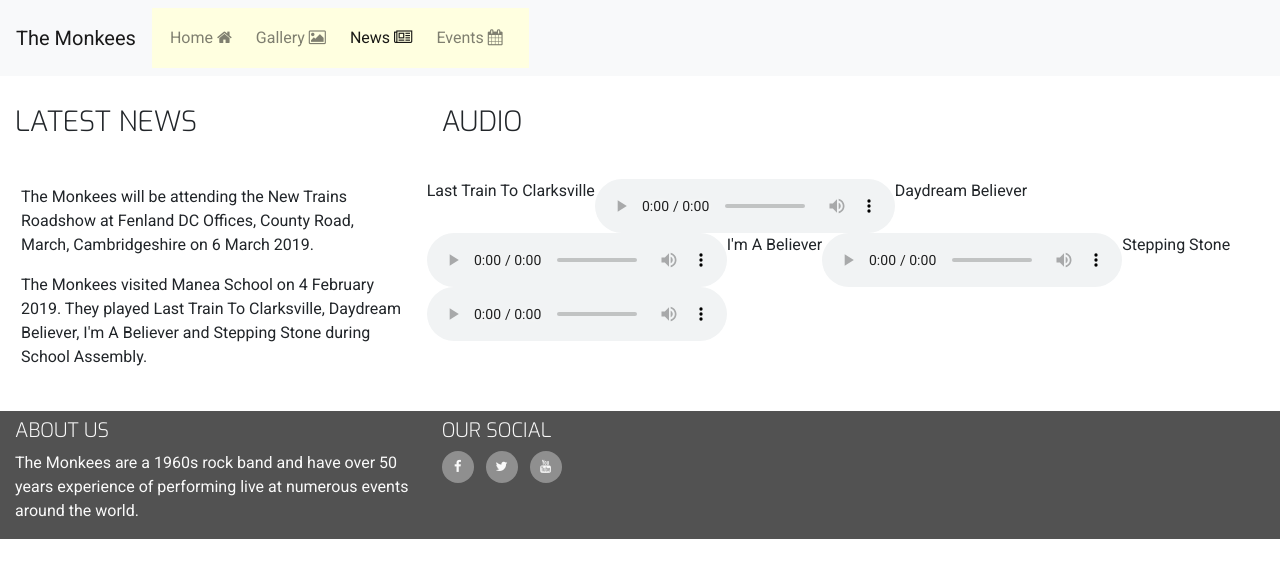
Repository: Code-Institute-Submissions/ucd-band
Page: news.html
The author's editor kept a record of every edit. The page is drawn from the files as they stood at one moment, then again after the next edit.
The browser window is 1280 px wide. The pictures show the whole page.

Above is the page before.

After the next edit:
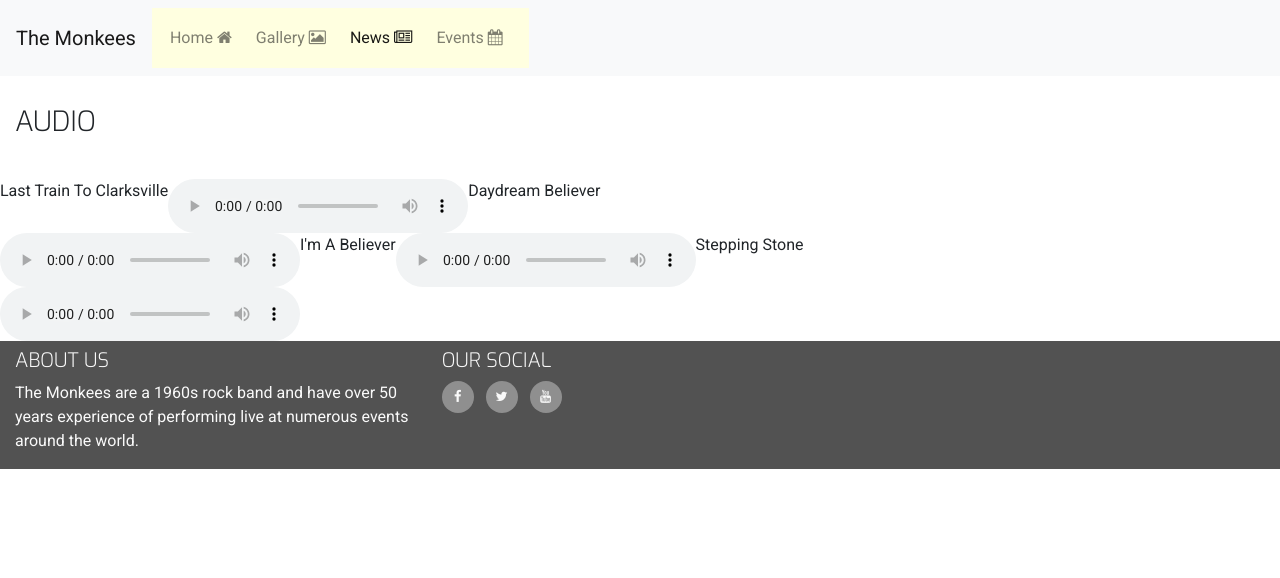
The edit:
--- a/news.html
+++ b/news.html
@@ -38,20 +38,7 @@
 
     <section class="container-fluid">
             <div class="row">
-                <div class="col-xs-12 col-sm-12 col-md-4">
-                    <div class="row">
-                        <div class="col-sm-12">
-                            <h3 class="section-heading uppercase">Latest News</h3>
-                        </div>
-                    </div>
-                    <div class="news-item">
-                        <p class="news-description">The Monkees will be attending the New Trains Roadshow
-                        at Fenland DC Offices, County Road, March, Cambridgeshire
-                        on 6 March 2019.</p>
-                        <p class="news-description">The Monkees visited Manea School on 4 February 2019.
-                        They played Last Train To Clarksville, Daydream Believer, I'm A Believer and Stepping Stone during School Assembly.</p>
-                        </div>
-                    </div>
+
                 <div class="col-xs-12 col-sm-12 col-md-8 bg-color-audio section-column">
                     <div class="row">
                         <div class="col-sm-12">
